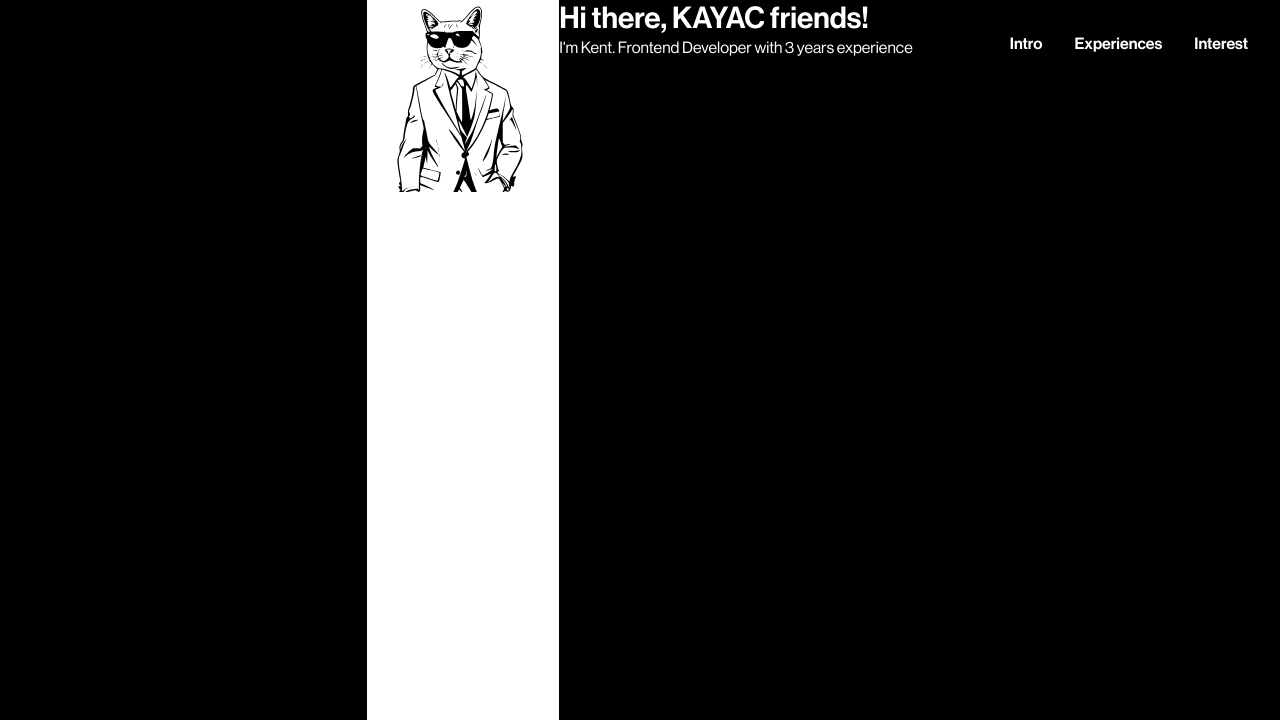
Repository: kentnathaniel/kayac-presentation
Page: /
These files come from the project's save history. The page is drawn as it stood at one moment and after the next save; the edit follows.
The browser window is 1280 px wide. The pictures show the whole page.
The project was rebuilt for these pictures with package versions that can differ from the ones it lists, and the page was loaded fresh each time. Also part of the build but not shown: vite.config.ts.

Above is the page before, as saved 2024-09-14 09:20:36.

After the next save:
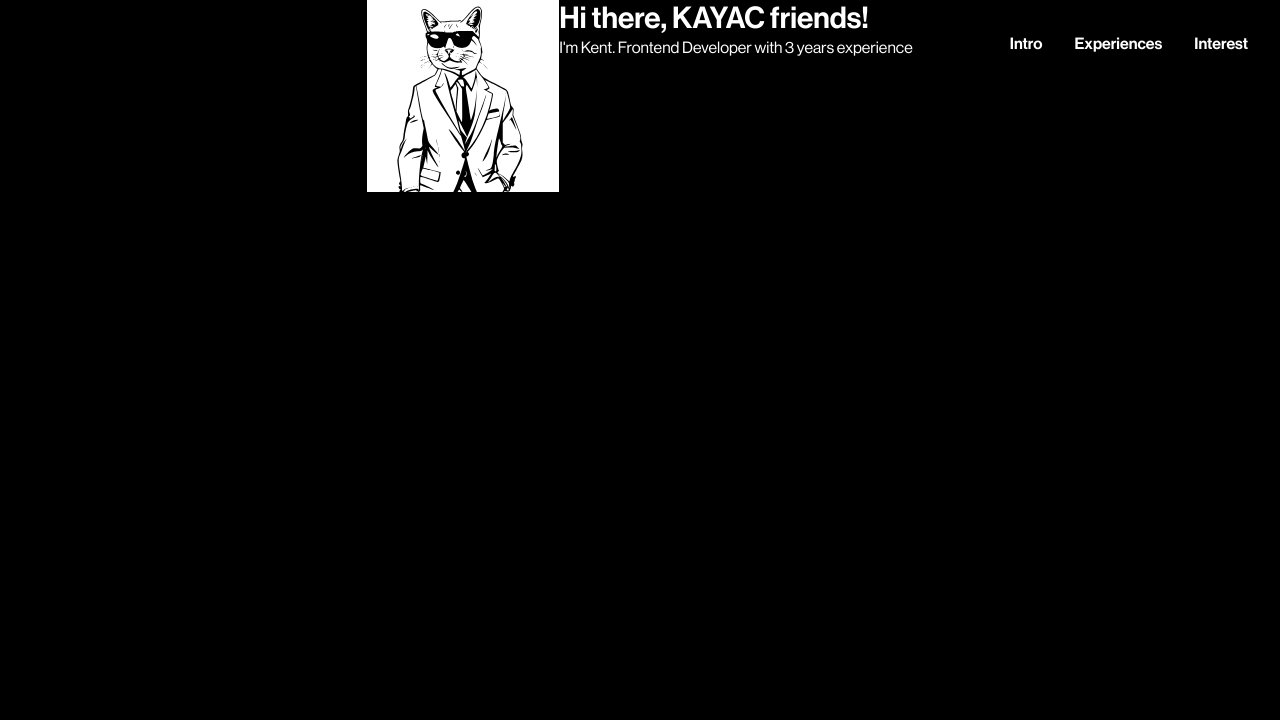
Saved 8 s later.
--- a/src/App.tsx
+++ b/src/App.tsx
@@ -10,7 +10,7 @@ function App() {
       </nav>
 
       <div className="flex justify-center mx-auto h-screen">
-        <div className="flex flex">
+        <div className="flex h-fit">
           <div className="bg-white w-fit">
             <SmartCat className="text-white w-48 h-48" />
           </div>
